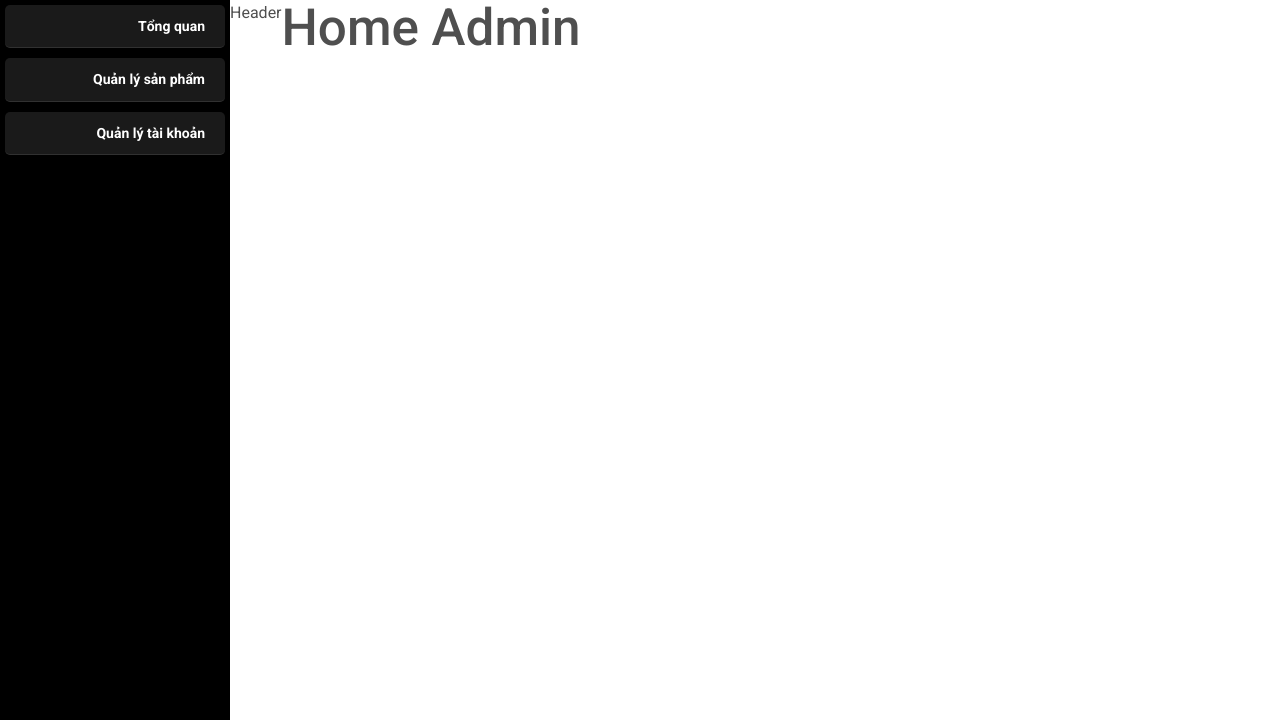
Repository: TinhTT336/MD02_Session10
Page: /admin
These files come from the project's save history. The page is drawn as it stood at one moment and after the next save; the edit follows.
The browser window is 1280 px wide. The pictures show the whole page.
Some web libraries are served in a nearby version. The project was rebuilt for these pictures with package versions that can differ from the ones it lists, and the page was loaded fresh each time. Also part of the build but not shown: vite.config.js, src/layouts/Navbar.jsx, src/layouts/Footer.jsx, src/components/base/button/button.css, src/components/base/button/Button.jsx, src/pages/Home.jsx, src/common/formatMoney.js, src/actions/cartActions.js and 11 more.

Above is the page before, as saved 2023-09-08 16:13:40.

### index.html
<!DOCTYPE html>
<html lang="en">
  <head>
    <meta charset="UTF-8" />
    <link rel="icon" type="image/svg+xml" href="/vite.svg" />
    <meta name="viewport" content="width=device-width, initial-scale=1.0" />
    <title>Vite + React</title>
    <!-- Font Awesome -->
    <link
      href="https://cdnjs.cloudflare.com/ajax/libs/font-awesome/6.0.0/css/all.min.css"
      rel="stylesheet"
    />
    <!-- Google Fonts -->
    <link
      href="https://fonts.googleapis.com/css?family=Roboto:300,400,500,700&display=swap"
      rel="stylesheet"
    />
    <!-- MDB -->
    <link
      href="https://cdnjs.cloudflare.com/ajax/libs/mdb-ui-kit/6.4.1/mdb.min.css"
      rel="stylesheet"
    />
  </head>
  <body>
    <div id="root"></div>
    <script type="module" src="/src/main.jsx"></script>
    <script
      type="text/javascript"
      src="https://cdnjs.cloudflare.com/ajax/libs/mdb-ui-kit/6.4.1/mdb.min.js"
    ></script>
  </body>
</html>

### src/main.jsx
import React from 'react'
import ReactDOM from 'react-dom/client'
import App from './App.jsx'
import './index.css'
import { BrowserRouter } from 'react-router-dom'
import { Provider } from 'react-redux'
import { createStore } from 'redux'
import { reducer } from './reducers/index.js'

const store = createStore(reducer)
ReactDOM.createRoot(document.getElementById('root')).render(
  <React.StrictMode>
    <BrowserRouter>
      <Provider store={store}>
        <App />
      </Provider>
    </BrowserRouter>
  </React.StrictMode>,
)

### src/App.jsx

import { Route, Routes, useLocation } from 'react-router-dom'
import './App.css'
import Home from './pages/Home'
import ListProduct from './pages/ListProduct'
import Cart from './pages/Cart'
import About from './pages/About'
import Contact from './pages/Contact'
import Register from './pages/Register'
import Login from './pages/Login'
import ProductDetail from './pages/ProductDetail'
import { useEffect } from 'react'
import PrivateRouter from './pages/private/PrivateRouter'
import HomeAdmin from './pages/private/HomeAdmin'
import ManagerProduct from './pages/private/ManagerProduct'
import ManagerUser from './pages/private/ManagerUser'

function App() {
  const location = useLocation();
  useEffect(() => {
    window.scrollTo({ top: 0, behavior: "smooth" });
  }, [location.pathname])
  return (
    <>
      <Routes>
        {/* Router ai cung co the truy cap */}
        <Route path='/' element={<Home />}></Route>
        <Route path='/list-product' element={<ListProduct />}></Route>
        <Route path='/product/:id' element={<ProductDetail />}></Route>
        <Route path='/cart' element={<Cart />}></Route>
        <Route path='/about' element={<About />}></Route>
        <Route path='/contact' element={<Contact />}></Route>
        <Route path='/register' element={<Register />}></Route>
        <Route path='/login' element={<Login />}></Route>
        <Route path='/product-detail' element={<ProductDetail />}></Route>

        {/* Router chi admin moi co the truy cap */}
        <Route path='/admin' element={<PrivateRouter />}>
          {/* path ="/" duong dan tuyet doi */}
          <Route index element={<HomeAdmin />}></Route>
          <Route path='manager-product' element={<ManagerProduct />}></Route>
          <Route path='manager-user' element={<ManagerUser />}></Route>
        </Route>
      </Routes>
    </>
  )
}

export default App

### src/reducers/index.js
import { combineReducers } from "redux";
import { listProduct } from "./listProduct";
import { listCart } from "./listCart";

export const reducer = combineReducers({ listProduct, listCart });

### src/App.css
* {
  margin: 0;
  padding: 0;
  box-sizing: border-box;
}
.active {
  background-color: #efefef;
}
/* body {
  max-width: 90%;
  margin: 0 auto;
} */

.nav-item .nav-link {
  padding: 15px;
}

.fa-cart-shopping {
  position: relative;
}

.fa-cart-shopping + span {
  position: absolute;
  top: -10px;
  right: -10px;
  background-color: red;
  color: white;
  border-radius: 50%;
  padding: 5px 10px;
}

### src/pages/private/PrivateRouter.jsx
import React from 'react'
import { Navigate, Outlet } from 'react-router-dom';

export default function PrivateRouter() {
    const isLogin = true; //da dang nhap
    return isLogin ? <Outlet /> : (<Navigate to={"/login"} />)
}

### src/pages/private/HomeAdmin.jsx
import React from 'react'
import Sidebar from '../../layouts/admin/sidebar/Sidebar'
import Header from '../../layouts/admin/Header'

export default function HomeAdmin() {
    return (
        <>
            <div className='d-flex'>
                <Sidebar />
                <Header />
                <h1>Home Admin</h1>

            </div>
        </>
    )
}

### src/reducers/listProduct.js
import products from "../data/products.json";
export const listProduct = (state = products, action) => {
  return state;
};

### src/reducers/listCart.js
import {
  ACT_ADD_CART,
  ACT_DECREASE,
  ACT_DELETE,
  ACT_INCREASE,
} from "../contrains/actionTypes";

const initialState = JSON.parse(localStorage.getItem("carts")) || [];
const saveDataLocal = (arr) => {
  localStorage.setItem("carts", JSON.stringify(arr));
};

/**
 * ham lay ra vi tri cua product trong listProduct
 * @param {*} id id can kiem tra
 * @param {*} arr mang can kiem tra
 * @returns neu tim thay ban ghi thi tra ra vi tri, neu khong tra ra -1
 * Author: TinhTT(08/09/2023)
 */
const findIndexProduct = (id, arr) => {
  const productIndex = arr.findIndex((p) => p.product_id === id);
  return productIndex;
};
export const listCart = (state = initialState, action) => {
  switch (action.type) {
    case ACT_ADD_CART:
      //b1:clone mang cu
      const newCarts = [...state];
      // vi tri can lay
      const indexProduct = findIndexProduct(
        action.payload.product_id,
        newCarts
      );
      // b2: kiem tra san pham da ton tai torng gio hang chua?
      if (indexProduct !== -1) {
        // neu da ton tai thi tang so luong
        newCarts[indexProduct].quantity += 1;
        // b3: luu giu lieu len local
        saveDataLocal(newCarts);
        // b4: return mang moi
        return newCarts;
      } else {
        // neu chua thi them vao gio hang
        const newAddCarts = [...state, { ...action.payload, quantity: 1 }];
        // b3: luu giu lieu len local
        saveDataLocal(newAddCarts);
        // b4: return mang moi
        return newAddCarts;
      }
    case ACT_DECREASE:
      // clone ra mang moi
      const newArr = [...state];
      // tim vi tri san pham
      const indexProductDecrease = findIndexProduct(action.payload, newArr);
      // neu so luong sp lon hon 0 thi giam di
      if (newArr[indexProductDecrease].quantity > 1) {
        newArr[indexProductDecrease].quantity -= 1;
        saveDataLocal(newArr);
        return newArr;
      } else {
        // neu so luong bang 0 thi clear khoi gio hang
        //cach 1:
        // newArr.splice(indexProductDecrease, 1);
        // saveDataLocal(newArr);
        // return newArr;

        // cach 2:
        const productFilter = newArr.filter(
          (p) => p.product_id !== action.payload
        );
        saveDataLocal(productFilter);
        return productFilter;
      }
    case ACT_INCREASE:
      // tim vi tri san pham
      const indexProductIncrease = findIndexProduct(action.payload, state);
      // clone ra mang moi
      const newArrIncrease = [...state];
      newArrIncrease[indexProductIncrease].quantity += 1;
      saveDataLocal(newArrIncrease);
      return newArrIncrease;
    case ACT_DELETE:
      // clone ra mang moi
      const newArrDelete = [...state];
      // loc ra cac san pham co id khac voi id cua sp can xoa
      const newArrAfterDelete = newArrDelete.filter(
        (p) => p.product_id !== action.payload
      );
      // luu giu lieu len local
      saveDataLocal(newArrAfterDelete);
      // return mang moi
      return newArrAfterDelete;
    default:
      return state;
  }
};

### src/layouts/admin/sidebar/Sidebar.jsx
import React from 'react'
import "./sidebar.css";
import { NavLink } from 'react-router-dom';
export default function Sidebar() {
    return (
        <>
            <div className='h-100 bg-black sidebar-admin'>
                <div>
                    <NavLink to={"/admin"} className="router-item">
                        <div></div>
                        <div className='router-item-title'>Tổng quan</div>
                    </NavLink>
                    <NavLink to={"/admin/manager-product"} className="router-item">
                        <div></div>
                        <div className='router-item-title'>Quản lý sản phẩm</div>
                    </NavLink>
                    <NavLink to={"/admin/manager-user"} className="router-item">
                        <div></div>
                        <div className='router-item-title'>Quản lý tài khoản</div>
                    </NavLink>
                </div>
            </div>

        </>
    )
}

### src/layouts/admin/Header.jsx
import React from 'react'

export default function Header() {
    return (
        <div>Header</div>
    )
}

### src/data/products.json
[
  {
    "product_id": 1,
    "product_name": "đai lưng",
    "image": "https://mdbcdn.b-cdn.net/img/Photos/Horizontal/E-commerce/Products/belt.webp",
    "price": 50000,
    "description": "Đai lưng thời trang cho nam và nữ. Sản phẩm này làm từ chất liệu da tổng hợp cao cấp, chất lượng đảm bảo. Thiết kế đơn giản nhưng vô cùng thời trang, phù hợp cho mọi dịp và trang phục. Dễ dàng điều chỉnh độ rộng để phù hợp với bạn. Đai lưng là một phụ kiện không thể thiếu trong tủ đồ của bạn."
  },
  {
    "product_id": 2,
    "product_name": "sét đồ đi chơi",
    "image": "https://mdbcdn.b-cdn.net/img/Photos/Horizontal/E-commerce/Products/img%20(4).webp",
    "price": 60000,
    "description": "Sét đồ đi chơi này bao gồm một áo thun, một quần jean và một đôi giày thể thao. Áo thun được làm từ chất liệu cotton, mềm mại và thoáng mát. Quần jean được làm từ chất liệu denim, vừa vặn và tôn dáng. Đôi giày thể thao được làm từ chất liệu da, đế cao su, mang lại sự thoải mái và êm ái khi di chuyển."
  },
  {
    "product_id": 3,
    "product_name": "giầy Nike hồng",
    "image": "https://mdbcdn.b-cdn.net/img/Photos/Horizontal/E-commerce/Products/shoes%20(3).webp",
    "price": 55000,
    "description": "Giày Nike hồng là một đôi giày thời trang dành cho nữ. Giày được làm từ chất liệu da tổng hợp cao cấp, có màu hồng pastel xinh xắn. Thiết kế đơn giản nhưng tinh tế, phù hợp với nhiều trang phục khác nhau."
  },
  {
    "product_id": 4,
    "product_name": "giầy Nike ",
    "image": "https://mdbcdn.b-cdn.net/img/Photos/Horizontal/E-commerce/Products/img%20(23).webp",
    "price": 70000,
    "description": "Giày Nike là một đôi giày thể thao dành cho nam và nữ. Giày được làm từ chất liệu da tổng hợp cao cấp, có màu đen cá tính. Thiết kế hiện đại, năng động, phù hợp với nhiều hoạt động thể thao khác nhau."
  },
  {
    "product_id": 5,
    "product_name": "quần jeans",
    "image": "https://mdbcdn.b-cdn.net/img/Photos/Horizontal/E-commerce/Products/img%20(17).webp",
    "price": 80000,
    "description": "Quần jeans là một item thời trang không thể thiếu trong tủ đồ của bất kỳ ai. Quần jeans trong danh sách này được làm từ chất liệu denim cao cấp, vừa vặn và tôn dáng. Màu xanh jeans cổ điển, dễ phối với nhiều trang phục khác nhau."
  },
  {
    "product_id": 6,
    "product_name": "mũ da",
    "image": "https://mdbcdn.b-cdn.net/img/Photos/Horizontal/E-commerce/Products/img%20(30).webp",
    "price": 100000,
    "description": "Mũ da là một phụ kiện thời trang không thể thiếu cho cả nam và nữ. Mũ được làm từ chất liệu da cao cấp, có màu đen sang trọng. Thiết kế đơn giản nhưng tinh tế, phù hợp với nhiều trang phục khác nhau."
  }
]

### src/contrains/actionTypes.js
export const ACT_ADD_CART = "add";
export const ACT_DECREASE = "decrease";
export const ACT_INCREASE = "increase";
export const ACT_DELETE = "delete";

### src/layouts/admin/sidebar/sidebar.css
/* .sidebar-admin {
  width: 200px;
  min-height: 100vh;
  overflow: hidden;
  background-color: #2e2d2d !important;
  color: #fff !important;
  margin-top: 20px;
}
.active {
  color: #fff !important;
}
.router-item {
  padding: 10px;
  color: #afafaf;
}
.router-title {
  padding: 10px;
} */

.sidebar-admin {
  width: 230px;
  min-height: 100vh;
  color: #fff;
  padding: 5px;
}

.router-item {
  padding: 10px;
  border-bottom: 1px solid rgba(255, 255, 255, 0.1);
  cursor: pointer;
  transition: all.3s ease;
  color: #fff;
  font-size: 14px;
  font-weight: 600;
  display: flex;
  align-items: center;
  justify-content: space-between;
  position: relative;
  z-index: 1;
  margin-bottom: 10px;
  padding-left: 20px;
  padding-right: 20px;
  padding-top: 10px;
  padding-bottom: 10px;
  background-color: rgba(255, 255, 255, 0.1);
  border-radius: 5px;
  transition: all.3s ease;
  box-shadow: 0 1px 3px rgba(0, 0, 0, 0.12), 0 1px 2px rgba(0, 0, 0, 0.24);
}

.router-item:hover {
  background-color: rgba(255, 255, 255, 0.2);
  box-shadow: 0 14px 26px -12px rgba(0, 0, 0, 0.42),
    0 4px 23px 0px rgba(0, 0, 0, 0.12), 0 8px 10px -5px rgba(0, 0, 0, 0.2);
}

.router-item:hover.router-item-icon {
  color: #fff;
}

.router-item-icon {
  font-size: 20px;
  margin-right: 10px;
}

.router-item-title {
  font-size: 14px;
  font-weight: 600;
}

Loaded but not shown: src/index.css (common file)

After the next save:
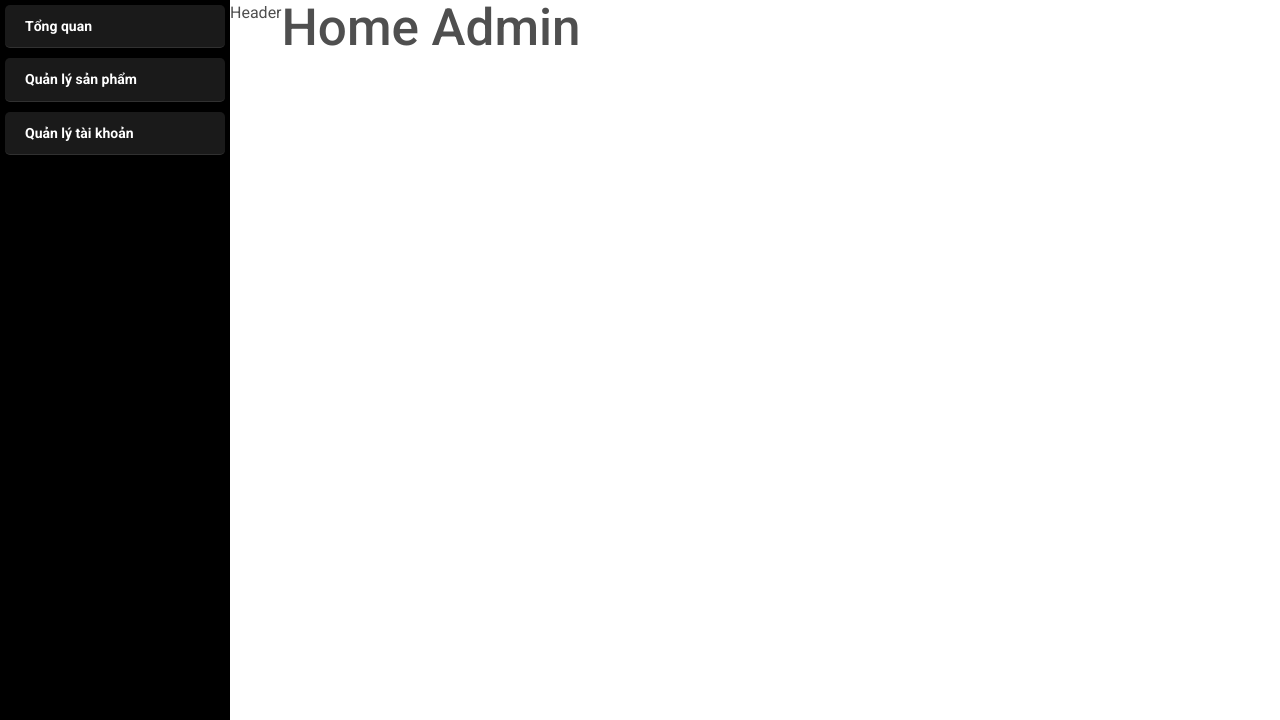
Saved 8 s later.
--- a/src/layouts/admin/sidebar/sidebar.css
+++ b/src/layouts/admin/sidebar/sidebar.css
@@ -34,7 +34,7 @@
   font-weight: 600;
   display: flex;
   align-items: center;
-  justify-content: space-between;
+  /* justify-content: space-between; */
   position: relative;
   z-index: 1;
   margin-bottom: 10px;
